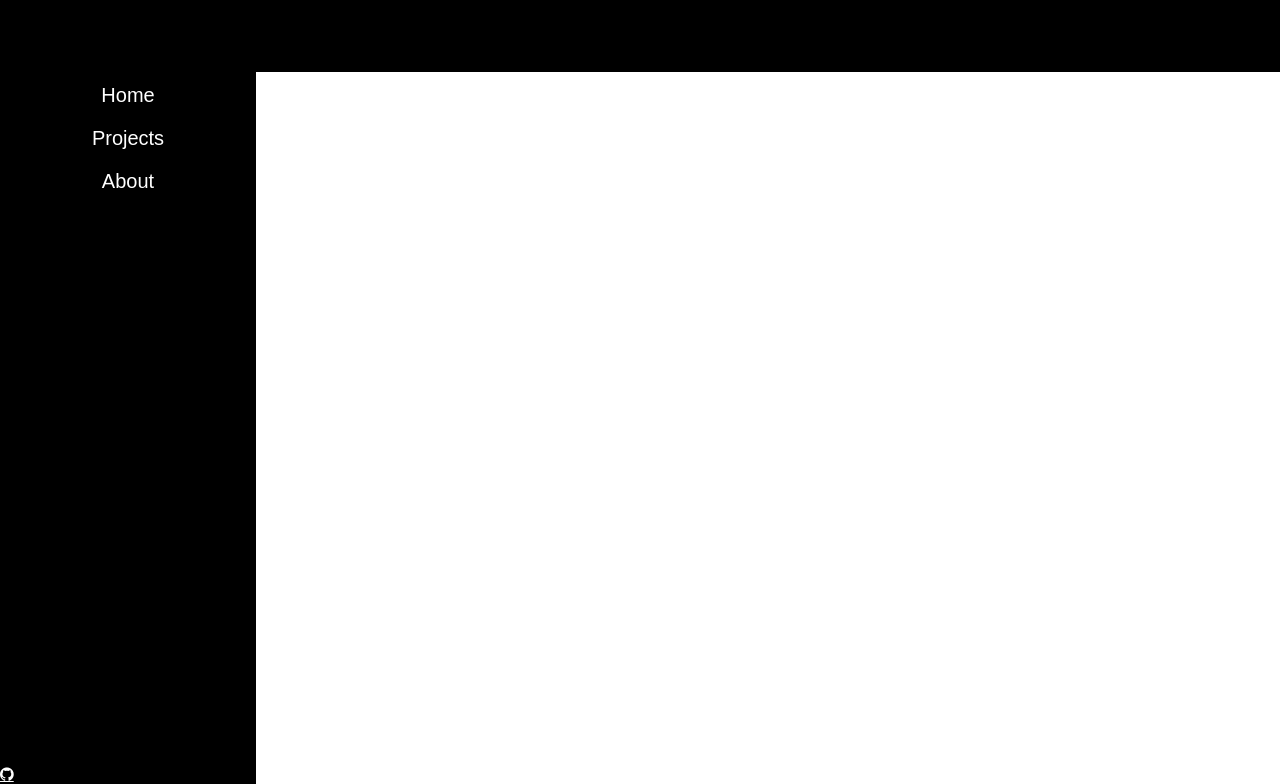
Repository: josephinel6/josephinel6.github.io
Page: index.html
An editor plug-in stored every save of this project. The page is shown before and after the next save, followed by the edit.
The browser window is 1280 px wide. The pictures show the whole page.

Above is the page before, as saved 2023-04-04 10:44:39.

After the next save:
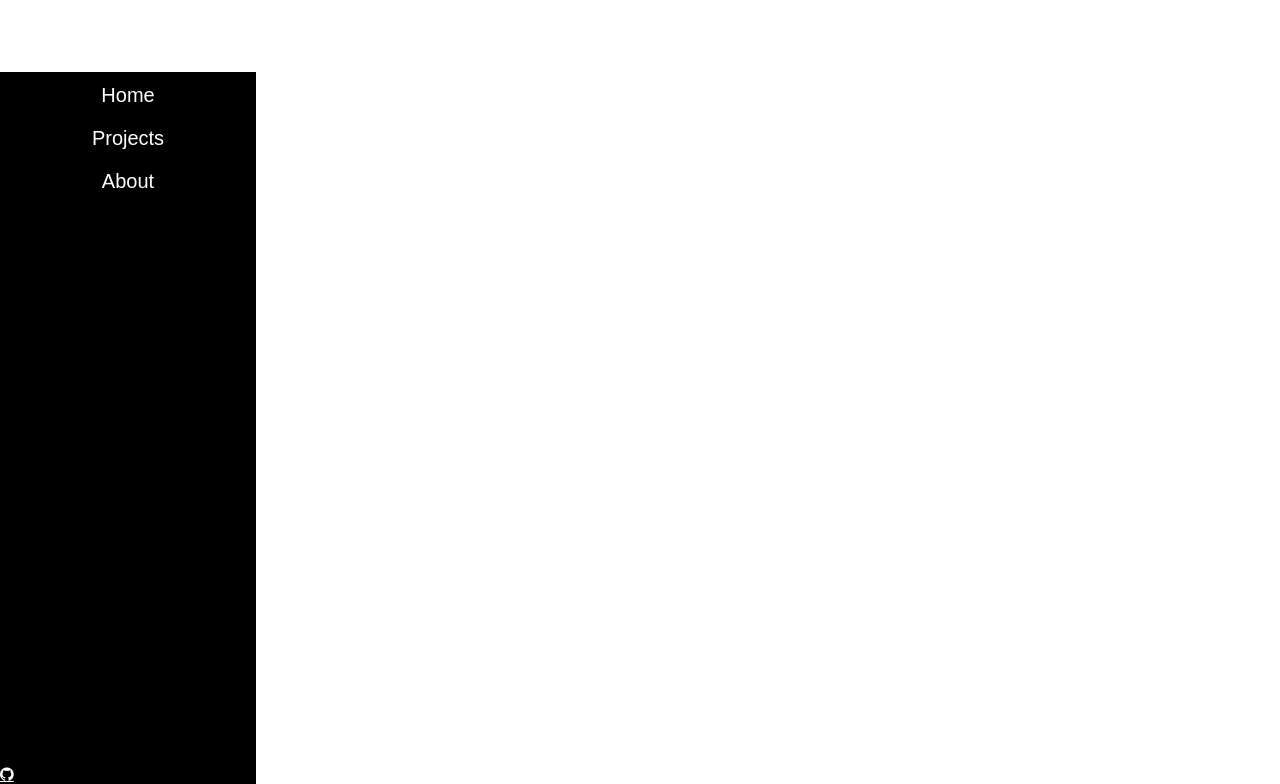
Saved 16 s later.
--- a/index.html
+++ b/index.html
@@ -39,7 +39,7 @@
             width: 100%;
             height: 10%;
             position: absolute;
-            background-color: var(--color-bg);
+            background-color: white;
         }
 
         .menutext {
